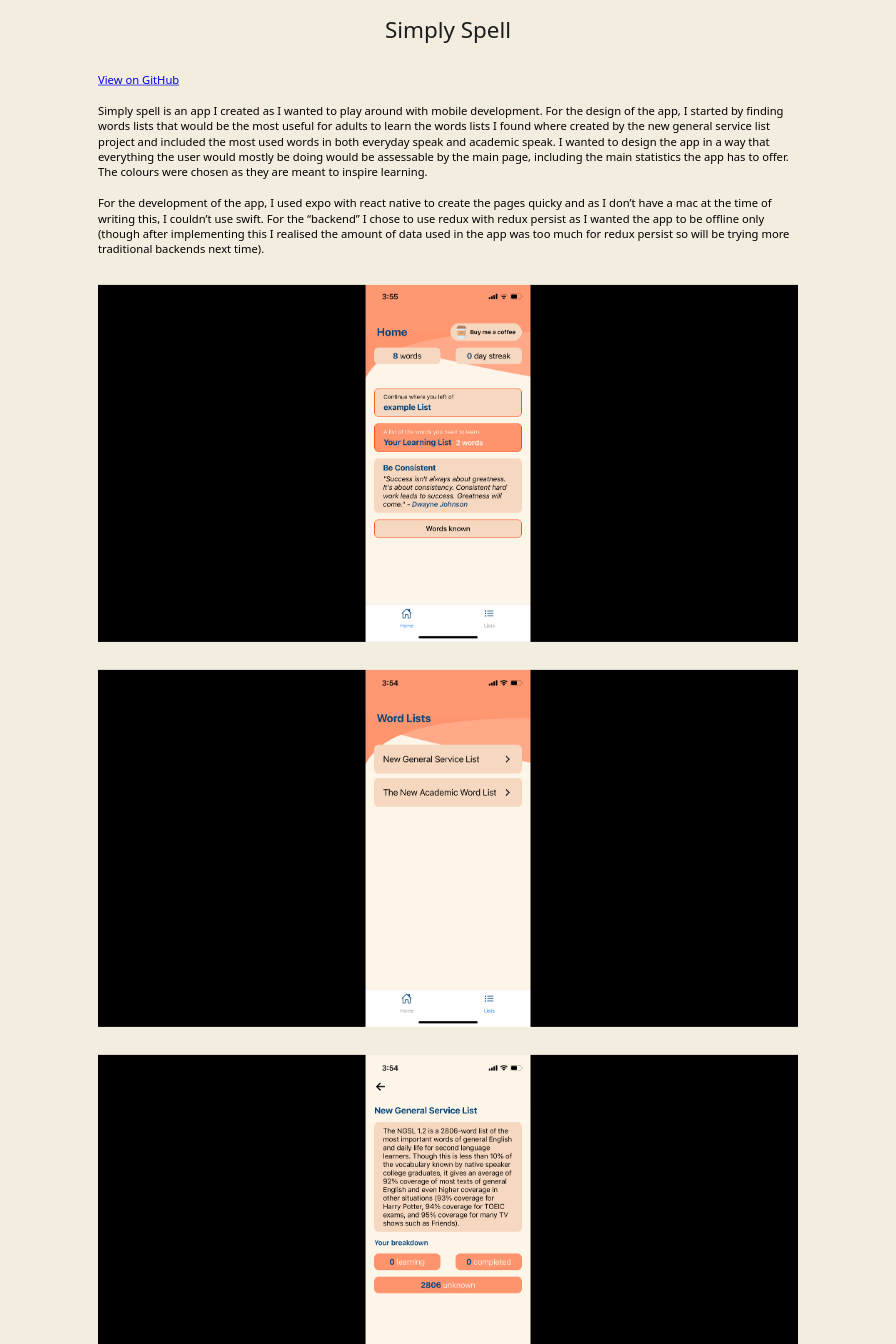
Repository: David-Waite/simpleespellwebsite
Page: /
An editor plug-in stored every save of this project. The page is shown before and after the next save, followed by the edit.
The browser window is 1280 px wide. The pictures show the part of the page from y = 0 to 1920 px (the page is 5336 px tall), at 70% of full size.
The project was rebuilt for these pictures with package versions that can differ from the ones it lists, and the page was loaded fresh each time.

Above is the page before, as saved 2023-07-27 19:32:19.

After the next save:
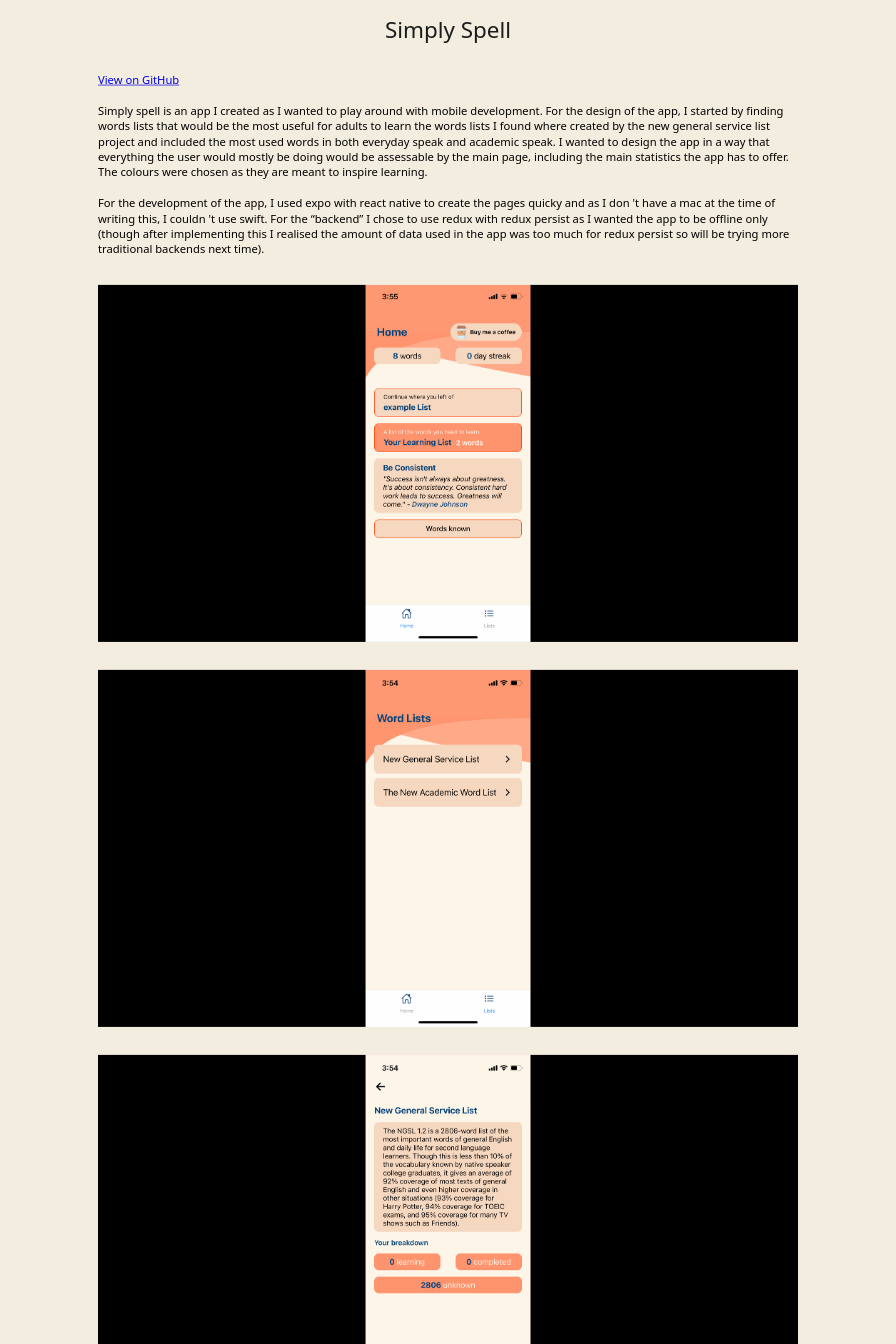
Saved 27 s later.
--- a/src/App.js
+++ b/src/App.js
@@ -34,9 +34,9 @@ export default function App() {
           chosen as they are meant to inspire learning. <br />
           <br />
           For the development of the app, I used expo with react native to
-          create the pages quicky and as I don’t have a mac at the time of
-          writing this, I couldn’t use swift. For the “backend” I chose to use
-          redux with redux persist as I wanted the app to be offline only
+          create the pages quicky and as I don &apos;t have a mac at the time of
+          writing this, I couldn &apos;t use swift. For the “backend” I chose to
+          use redux with redux persist as I wanted the app to be offline only
           (though after implementing this I realised the amount of data used in
           the app was too much for redux persist so will be trying more
           traditional backends next time).
